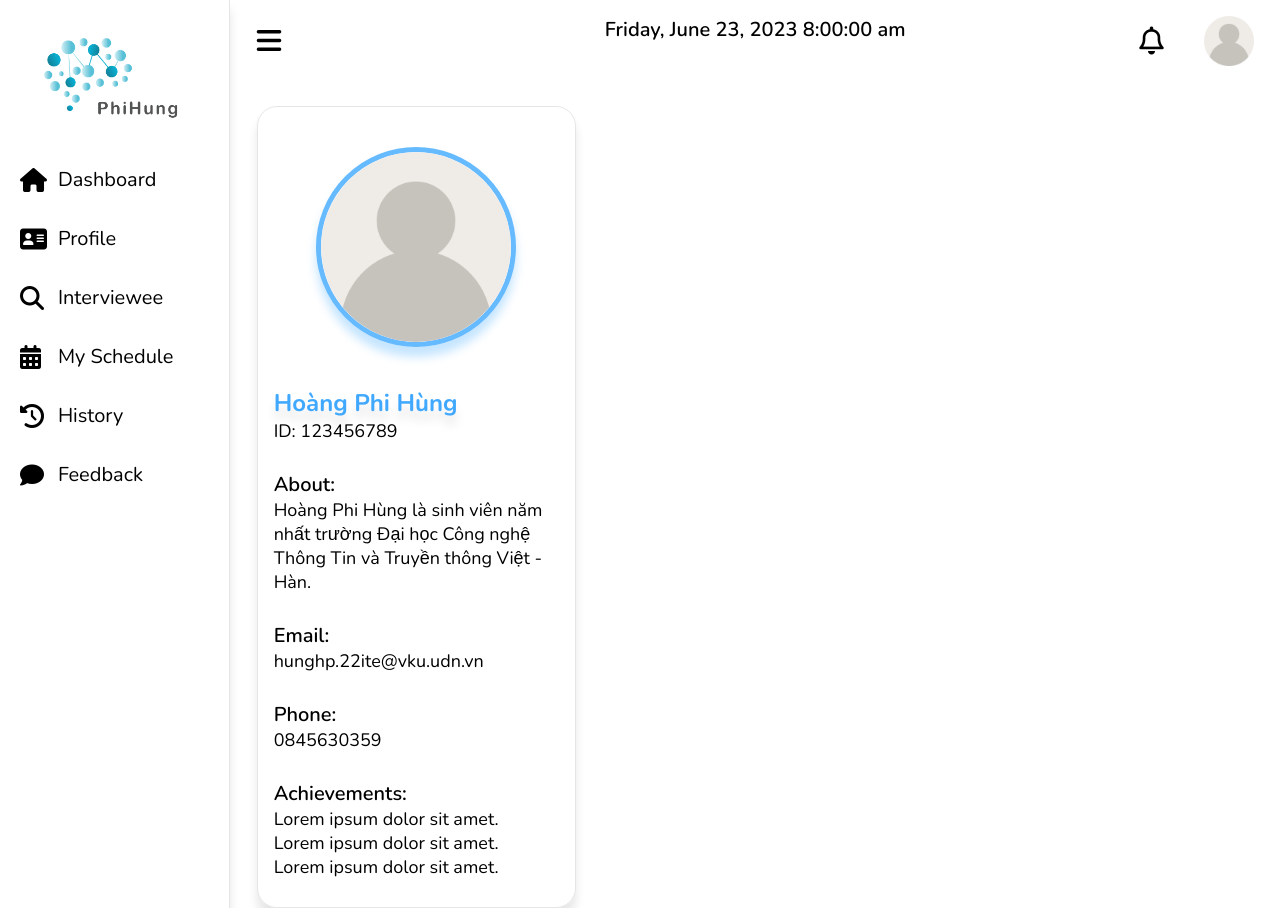
Repository: hphihungit/InterviewService
Page: interviewee.html
An editor plug-in stored every save of this project. The page is shown before and after the next save, followed by the edit.
The browser window is 1280 px wide. The pictures show the whole page.

Above is the page before, as saved 2023-06-01 00:22:23.

### interviewee.html
<!DOCTYPE html>
<html lang="en">
<head>
    <meta charset="UTF-8">
    <meta http-equiv="X-UA-Compatible" content="IE=edge">
    <meta name="viewport" content="width=device-width, initial-scale=1.0">
    <title>Document</title>
    <link rel="stylesheet" href="assets/css/grid.css">
    <link rel="stylesheet" href="assets/css/base.css">
    <link rel="stylesheet" href="https://cdnjs.cloudflare.com/ajax/libs/font-awesome/6.4.0/css/all.min.css" integrity="sha512-iecdLmaskl7CVkqkXNQ/ZH/XLlvWZOJyj7Yy7tcenmpD1ypASozpmT/E0iPtmFIB46ZmdtAc9eNBvH0H/ZpiBw==" crossorigin="anonymous" referrerpolicy="no-referrer"/>
    <link rel="preconnect" href="https://fonts.googleapis.com">
    <link rel="preconnect" href="https://fonts.gstatic.com" crossorigin>
    <link href="https://fonts.googleapis.com/css2?family=Nunito:wght@200;300;400;500;600;700;800;900;1000&display=swap" rel="stylesheet">
    <link rel="stylesheet" href="assets/css/interviewee.css">
</head>
<body>
    <div id="main">
        <div class="dashboard">
            <div class="dashboard__logo"></div>
            <ul class="dashboard__list">
                <li class="dashboard__item">
                    <a href="" class="icon__link">
                        <i class="fa-solid fa-house"></i>
                    </a>
                    <a href="" class="link">Dashboard</a>
                </li>
                <li class="dashboard__item">
                    <a href="" class="icon__link">
                        <i class="fa-solid fa-address-card"></i>
                    </a>
                    <a href="" class="link">Profile</a>
                </li>
                <li class="dashboard__item">
                    <a href="" class="icon__link">
                        <i class="fa-solid fa-magnifying-glass"></i>
                    </a>
                    <a href="" class="link">Interviewee</a>
                </li>
                <li class="dashboard__item">
                    <a href="" class="icon__link">
                        <i class="fa-solid fa-calendar-days"></i>
                    </a>
                    <a href="" class="link">My Schedule</a>
                </li>
                <li class="dashboard__item">
                    <a href="" class="icon__link">
                        <i class="fa-solid fa-clock-rotate-left"></i>
                    </a>
                    <a href="" class="link">History</a>
                </li>
                <li class="dashboard__item">
                    <a href="" class="icon__link">
                        <i class="fa-solid fa-comment"></i>
                    </a>
                    <a href="" class="link">Feedback</a>
                </li>
            </ul>
        </div>

        <div class="container">
            <div class="header">
                <div class="header__icon">
                    <label class="fa-solid fa-bars header__label"></label>
                </div>

                <div class="header__time">
                    Friday, June 23, 2023 8:00:00 am
                </div>

                <div class="header__news">
                    <label class="fa-regular fa-bell header__label--bell"></label>
                    <div class="header__avatar">
                        <img src="assets/img/user.png" alt="">
                    </div>
                </div>
            </div>

            <div class="about">
                <div class="cv">
                    <div class="cv__avatar">
                        <img src="assets/img/user.png" alt="">
                    </div>

                    <div class="cv__name">
                        <p class="cv__name--interviewee">Hoàng Phi Hùng</p>
                        <p class="cv__id">ID: 123456789</p>
                    </div>

                    <div class="cv__about">
                        <p class="cv__about--title">About: </p>
                        <p class="cv__about--content">
                            Hoàng Phi Hùng là sinh viên năm nhất trường Đại học Công nghệ Thông Tin và Truyền thông Việt - Hàn.
                        </p>
                    </div>

                    <div class="cv__email">
                        <p class="cv__email--title">Email: </p>
                        <p class="cv__email--content">hunghp.22ite@vku.udn.vn</p>
                    </div>

                    <div class="cv__phone">
                        <p class="cv__phone--title">Phone: </p>
                        <p class="cv__phone--content">0845630359</p>
                    </div>

                    <div class="cv__info">
                        <p class="cv__info--title">Achievements: </p>
                        <ul class="cv__info--list">
                            <li class="cv__info--item">Lorem ipsum dolor sit amet.</li>
                            <li class="cv__info--item">Lorem ipsum dolor sit amet.</li>
                            <li class="cv__info--item">Lorem ipsum dolor sit amet.</li>
                        </ul>
                    </div>
                </div>

                <div class="info">

                </div>
            </div>
        </div>
    </div>
</body>
</html>

### assets/css/grid.css
.grid {
    width: 90%;
    display: block;
    padding: 0;
    margin: 0 auto;
}

.row {
    display: flex;
    flex-wrap: wrap;
    margin-left: -4px;
    margin-right: -4px;
}

.row.no-gutters {
    margin-left: 0;
    margin-right: 0;
}

.col {
    padding-left: 4px;
    padding-right: 4px;
}

.row.no-gutters .col {
    padding-left: 0;
    padding-right: 0;
}

.c-0 {
    display: none;
}

.c-1 {
    flex: 0 0 8.33333%;
    max-width: 8.33333%;
}

.c-2 {
    flex: 0 0 16.66667%;
    max-width: 16.66667%;
}

.c-3 {
    flex: 0 0 25%;
    max-width: 25%;
}

.c-4 {
    flex: 0 0 33.33333%;
    max-width: 33.33333%;
}

.c-5 {
    flex: 0 0 41.66667%;
    max-width: 41.66667%;
}

.c-6 {
    flex: 0 0 50%;
    max-width: 50%;
}

.c-7 {
    flex: 0 0 58.33333%;
    max-width: 58.33333%;
}

.c-8 {
    flex: 0 0 66.66667%;
    max-width: 66.66667%;
}

.c-9 {
    flex: 0 0 75%;
    max-width: 75%;
}

.c-10 {
    flex: 0 0 83.33333%;
    max-width: 83.33333%;
}

.c-11 {
    flex: 0 0 91.66667%;
    max-width: 91.66667%;
}

.c-12 {
    flex: 0 0 100%;
    max-width: 100%;
}

.c-o-1 {
    margin-left: 8.33333%;
}

.c-o-2 {
    margin-left: 16.66667%;
}

.c-o-3 {
    margin-left: 25%;
}

.c-o-4 {
    margin-left: 33.33333%;
}

.c-o-5 {
    margin-left: 41.66667%;
}

.c-o-6 {
    margin-left: 50%;
}

.c-o-7 {
    margin-left: 58.33333%;
}

.c-o-8 {
    margin-left: 66.66667%;
}

.c-o-9 {
    margin-left: 75%;
}

.c-o-10 {
    margin-left: 83.33333%;
}

.c-o-11 {
    margin-left: 91.66667%;
}

/* >= Tablet */
@media (min-width: 740px) {
    .row {
        margin-left: -8px;
        margin-right: -8px;
    }

    .col {
        padding-left: 8px;
        padding-right: 8px;
    }

    .m-0 {
        display: none;
    }

    .m-1,
    .m-2,
    .m-3,
    .m-4,
    .m-5,
    .m-6,
    .m-7,
    .m-8,
    .m-9,
    .m-10,
    .m-11,
    .m-12 {
        display: block;
    }

    .m-1 {
        flex: 0 0 8.33333%;
        max-width: 8.33333%;
    }

    .m-2 {
        flex: 0 0 16.66667%;
        max-width: 16.66667%;
    }

    .m-3 {
        flex: 0 0 25%;
        max-width: 25%;
    }

    .m-4 {
        flex: 0 0 33.33333%;
        max-width: 33.33333%;
    }

    .m-5 {
        flex: 0 0 41.66667%;
        max-width: 41.66667%;
    }

    .m-6 {
        flex: 0 0 50%;
        max-width: 50%;
    }

    .m-7 {
        flex: 0 0 58.33333%;
        max-width: 58.33333%;
    }

    .m-8 {
        flex: 0 0 66.66667%;
        max-width: 66.66667%;
    }

    .m-9 {
        flex: 0 0 75%;
        max-width: 75%;
    }

    .m-10 {
        flex: 0 0 83.33333%;
        max-width: 83.33333%;
    }

    .m-11 {
        flex: 0 0 91.66667%;
        max-width: 91.66667%;
    }

    .m-12 {
        flex: 0 0 100%;
        max-width: 100%;
    }

    .m-o-1 {
        margin-left: 8.33333%;
    }

    .m-o-2 {
        margin-left: 16.66667%;
    }

    .m-o-3 {
        margin-left: 25%;
    }

    .m-o-4 {
        margin-left: 33.33333%;
    }

    .m-o-5 {
        margin-left: 41.66667%;
    }

    .m-o-6 {
        margin-left: 50%;
    }

    .m-o-7 {
        margin-left: 58.33333%;
    }

    .m-o-8 {
        margin-left: 66.66667%;
    }

    .m-o-9 {
        margin-left: 75%;
    }

    .m-o-10 {
        margin-left: 83.33333%;
    }

    .m-o-11 {
        margin-left: 91.66667%;
    }
}

/* PC medium resolution > */
@media (min-width: 1113px) {
    .row {
        margin-left: -12px;
        margin-right: -12px;
    }

    .row.sm-gutter {
        margin-left: -5px;
        margin-right: -5px;
    }

    .col {
        padding-left: 12px;
        padding-right: 12px;
    }

    .row.sm-gutter .col {
        padding-left: 5px;
        padding-right: 5px;
    }

    .l-0 {
        display: none;
    }

    .l-1,
    .l-2,
    .l-2-4,
    .l-3,
    .l-4,
    .l-5,
    .l-6,
    .l-7,
    .l-8,
    .l-9,
    .l-10,
    .l-11,
    .l-12 {
        display: block;
    }

    .l-1 {
        flex: 0 0 8.33333%;
        max-width: 8.33333%;
    }

    .l-2 {
        flex: 0 0 16.66667%;
        max-width: 16.66667%;
    }

    .l-2-4 {
        flex: 0 0 20%;
        max-width: 20%;
    }

    .l-3 {
        flex: 0 0 25%;
        max-width: 25%;
    }

    .l-4 {
        flex: 0 0 33.33333%;
        max-width: 33.33333%;
    }

    .l-5 {
        flex: 0 0 41.66667%;
        max-width: 41.66667%;
    }

    .l-6 {
        flex: 0 0 50%;
        max-width: 50%;
    }

    .l-7 {
        flex: 0 0 58.33333%;
        max-width: 58.33333%;
    }

    .l-8 {
        flex: 0 0 66.66667%;
        max-width: 66.66667%;
    }

    .l-9 {
        flex: 0 0 75%;
        max-width: 75%;
    }

    .l-10 {
        flex: 0 0 83.33333%;
        max-width: 83.33333%;
    }

    .l-11 {
        flex: 0 0 91.66667%;
        max-width: 91.66667%;
    }

    .l-12 {
        flex: 0 0 100%;
        max-width: 100%;
    }

    .l-o-1 {
        margin-left: 8.33333%;
    }

    .l-o-2 {
        margin-left: 16.66667%;
    }

    .l-o-3 {
        margin-left: 25%;
    }

    .l-o-4 {
        margin-left: 33.33333%;
    }

    .l-o-5 {
        margin-left: 41.66667%;
    }

    .l-o-6 {
        margin-left: 50%;
    }

    .l-o-7 {
        margin-left: 58.33333%;
    }

    .l-o-8 {
        margin-left: 66.66667%;
    }

    .l-o-9 {
        margin-left: 75%;
    }

    .l-o-10 {
        margin-left: 83.33333%;
    }

    .l-o-11 {
        margin-left: 91.66667%;
    }
}

/* Tablet - PC low resolution */
@media (min-width: 740px) and (max-width: 1023px) {
    .wide {
        width: 644px;
    }
}

/* > PC low resolution */
@media (min-width: 1024px) and (max-width: 1239px) {
    .wide {
        width: 984px;
    }

    .wide .row {
        margin-left: -12px;
        margin-right: -12px;
    }

    .wide .row.sm-gutter {
        margin-left: -5px;
        margin-right: -5px;
    }

    .wide .col {
        padding-left: 12px;
        padding-right: 12px;
    }

    .wide .row.sm-gutter .col {
        padding-left: 5px;
        padding-right: 5px;
    }

    .wide .l-0 {
        display: none;
    }

    .wide .l-1,
    .wide .l-2,
    .wide .l-2-4,
    .wide .l-3,
    .wide .l-4,
    .wide .l-5,
    .wide .l-6,
    .wide .l-7,
    .wide .l-8,
    .wide .l-9,
    .wide .l-10,
    .wide .l-11,
    .wide .l-12 {
        display: block;
    }

    .wide .l-1 {
        flex: 0 0 8.33333%;
        max-width: 8.33333%;
    }

    .wide .l-2 {
        flex: 0 0 16.66667%;
        max-width: 16.66667%;
    }

    .wide .l-2-4 {
        flex: 0 0 20%;
        max-width: 20%;
    }

    .wide .l-3 {
        flex: 0 0 25%;
        max-width: 25%;
    }

    .wide .l-4 {
        flex: 0 0 33.33333%;
        max-width: 33.33333%;
    }

    .wide .l-5 {
        flex: 0 0 41.66667%;
        max-width: 41.66667%;
    }

    .wide .l-6 {
        flex: 0 0 50%;
        max-width: 50%;
    }

    .wide .l-7 {
        flex: 0 0 58.33333%;
        max-width: 58.33333%;
    }

    .wide .l-8 {
        flex: 0 0 66.66667%;
        max-width: 66.66667%;
    }

    .wide .l-9 {
        flex: 0 0 75%;
        max-width: 75%;
    }

    .wide .l-10 {
        flex: 0 0 83.33333%;
        max-width: 83.33333%;
    }

    .wide .l-11 {
        flex: 0 0 91.66667%;
        max-width: 91.66667%;
    }

    .wide .l-12 {
        flex: 0 0 100%;
        max-width: 100%;
    }

    .wide .l-o-1 {
        margin-left: 8.33333%;
    }

    .wide .l-o-2 {
        margin-left: 16.66667%;
    }

    .wide .l-o-3 {
        margin-left: 25%;
    }

    .wide .l-o-4 {
        margin-left: 33.33333%;
    }

    .wide .l-o-5 {
        margin-left: 41.66667%;
    }

    .wide .l-o-6 {
        margin-left: 50%;
    }

    .wide .l-o-7 {
        margin-left: 58.33333%;
    }

    .wide .l-o-8 {
        margin-left: 66.66667%;
    }

    .wide .l-o-9 {
        margin-left: 75%;
    }

    .wide .l-o-10 {
        margin-left: 83.33333%;
    }

    .wide .l-o-11 {
        margin-left: 91.66667%;
    }
}

### assets/css/base.css
:root {
    --white-color: #fff;
    --black-color: #000;
    --blue-color : #40a9ff;
    --text-color: #8f8f8f;
    --scale: 1px;
}

* {
    padding: 0;
    margin: 0;
    box-sizing: border-box;
    text-decoration: none;
    list-style-type: none;
}

html, body {
    font-size: 18px;
    font-family: 'Nunito', sans-serif;
    scroll-behavior: smooth;
}

### assets/css/interviewee.css
#main {
    width: 100%;
    display: flex;
}

.dashboard {
    width: 18%;
    min-height: 0;
    border-right: 1px solid rgba(0, 0, 0, 0.1);
    box-shadow: 0 10px 10px rgba(0, 0, 0, 0.1);
}

.dashboard__logo {
    width: 100%;
    height: 150px;
    background-image: url('../img/logo.png');
    background-repeat: no-repeat;
    background-size: 50%;
    background-size: 62%;
    background-position: 50% 85%;
}

.dashboard__list {
    width: 100%;
}

.dashboard__item {
    border-radius: 25px 0 0 25px;
    display: flex;
    width: 100%;
    padding: 0px 20px;
}

.dashboard__item:hover {
    background-color: var(--blue-color);
}

.dashboard__item:hover .link,
.dashboard__item:hover .icon__link {
    color: #fff;
}

.icon__link {
    display: flex;
    align-items: center;
    width: 20%;
    font-size: 24px;
    color: #000;
}

.link {
    display: inline-block;
    width: 80%;
    font-size: 20px;
    padding: 16px 0px;
    color: #000;
}

.container {
    width: 82%;
}

.header {
    width: 95%;
    margin: 0 auto;
    display: flex;
    justify-content: space-between;
    margin-top: 16px;
}

.header__icon {
    width: 32%;
    display: flex;
    justify-content: space-between;
    align-items: center;
}

.header__label {
    font-size: 28px;
}

.header__time {
    width: 32%;
    text-align: center;
    font-size: 20px;
    font-weight: 600;
}

.header__news {
    width: 32%;
    display: flex;
    justify-content: flex-end;
    align-items: center;
}

.header__label--bell {
    font-size: 28px;
    position: relative;
    padding-right: 40px;
}

.header__avatar {
    display: flex;
    justify-content: flex-end;
    align-items: center;
}

.header__avatar img {
    width: 50px;
    height: 50px;
}

.about {
    display: flex;
    width: 95%;
    margin: 0 auto;
    margin-top: 40px;
}

.cv {
    width: 32%;
    border: 1px solid rgba(0, 0, 0, 0.1);
    border-radius: 20px;
    box-shadow: 0 10px 10px rgba(0, 0, 0, 0.1);
    padding: 0px 16px;
}

.cv__avatar {
    width: 100%;
    display: flex;
    justify-content: center;
    align-items: center;
    padding: 20px 0px;
    padding-top: 40px;
}

.cv__avatar img {
    width: 200px;
    height: 200px;
    border: 5px solid rgba(64, 169, 255, 0.8);
    border-radius: 50%;
    box-shadow: 0 10px 10px rgba(64, 169, 255, 0.3);;
}

.cv__name,
.cv__about,
.cv__email,
.cv__phone,
.cv__info {
    width: 100%;
    margin-top: 20px;
    margin-bottom: 28px;
}

.cv__name--interviewee {
    font-size: 24px;
    font-weight: 700;
    text-shadow: 0 10px 10px rgba(0, 0, 0, 0.1);
    color: var(--blue-color);
}

.cv__about--title,
.cv__email--title,
.cv__phone--title,
.cv__info--title {
    font-size: 20px;
    font-weight: 600;
}

After the next save:
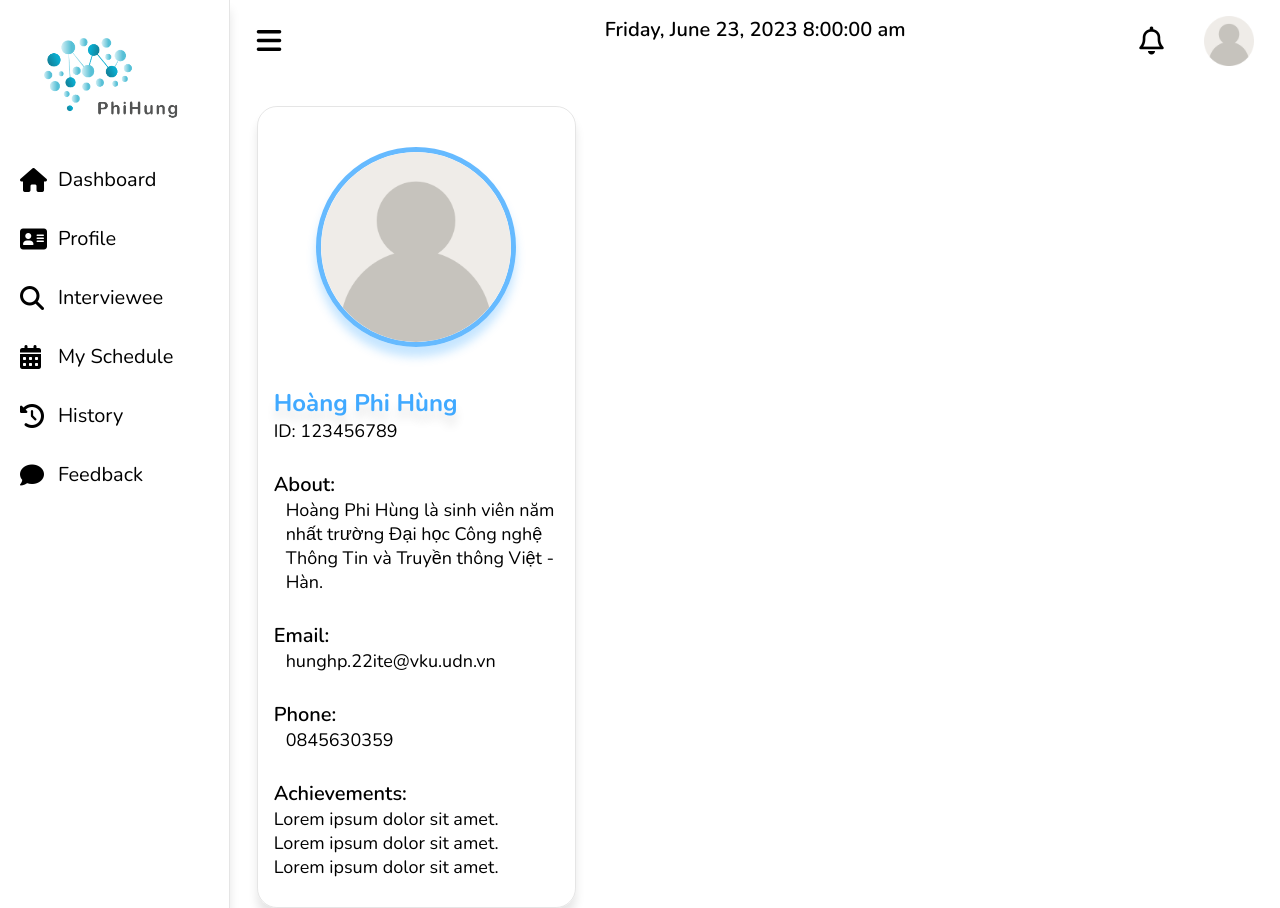
Saved 59 s later.
--- a/assets/css/interviewee.css
+++ b/assets/css/interviewee.css
@@ -166,3 +166,9 @@
     font-size: 20px;
     font-weight: 600;
 }
+
+.cv__about--content,
+.cv__email--content,
+.cv__phone--content {
+    padding-left: 12px;
+}
